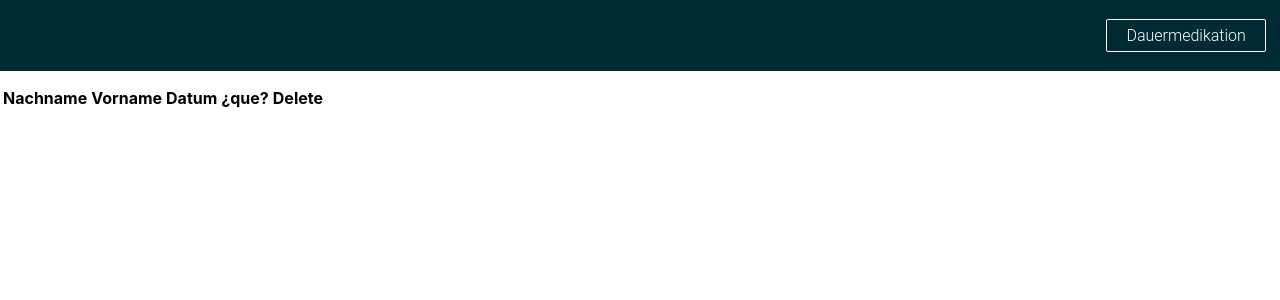
Repository: Esatollah/MedDemo
Page: /bestellungen (app in client/)
An editor plug-in stored every save of this project. The page is shown before and after the next save, followed by the edit.
The browser window is 1280 px wide. The pictures show the whole page.
The page's requests for data from a server got no answer. The project was rebuilt for these pictures with package versions that can differ from the ones it lists, and the page was loaded fresh each time. No one was signed in, and anything a server would have sent is missing. Also part of the build but not shown: client/src/Styles/FormStyles.js, client/src/components/Form.jsx, client/src/Styles/SearchStyles.js, client/src/Routes/Search.jsx.

Above is the page before, as saved 2022-06-11 00:04:58.

### client/src/App.js
import SearchBar from './Routes/Search';
import {BrowserRouter, Routes, Route} from 'react-router-dom'
import Bestellungen from './Routes/Bestellungen';
import ReactModal from 'react-modal';

ReactModal.setAppElement('#root')

function App() {
  return (
    <BrowserRouter>
    <Routes>
      <Route path='/' element={<div><SearchBar/></div>}/>
      <Route path='/bestellungen' element={<div><Bestellungen/></div>}/>
    </Routes>
    </BrowserRouter>
  );
}

export default App;

### client/src/Routes/Bestellungen.jsx
import React, { useState, useEffect } from 'react'
import DrugAPI from '../api/DrugAPI';
import Modal from 'react-modal';
import { useNavigate } from 'react-router-dom'
import Navbar from '../components/Navbar';

const Bestellungen = () => {
  let navigate = useNavigate();

  const [orders, setOrders] = useState([]);
  const [modalid, setModalid] = useState(0);
  const [modalbool, setModalbool] = useState(false);
  const [orderlist, setOrderlist] = useState([]);
  const [modalperson, setModalperson] = useState({});

  const getOrders = async () => {
    try {
      const result = await DrugAPI.get("/orders/");
      setOrders(result.data.orders);
      const arrayUniqueByKey = [...new Map(result.data.orders.map(item =>
        [item["oid"], item])).values()];
      setOrderlist(arrayUniqueByKey);
    } catch (error) {
      console.error(error)
    }
  }


  const handleDelete = async (oid) => {
    try {
      console.log(orderlist)
      console.log(oid)
      setOrderlist(orderlist.filter(order => order.oid !== oid));
      await DrugAPI.delete(`/orders/${oid}`);
    } catch (error) {
      console.error(error)
    }
  }

  const handleModal = (oid) => {
    setModalid(oid);
    setModalperson(orders.find(x => x.oid === oid))
    setModalbool(true);
    console.log(orders)
  }

  useEffect(() => {
    getOrders()
  }, [])

  return (
    <div>
      <Navbar />
      <Modal isOpen={modalbool} onRequestClose={() => setModalbool(false)}>
        <button onClick={() => setModalbool(false)}>X</button> <br></br>
        <h1>{modalperson.nachname} {modalperson.vorname}</h1>
        <h2>{modalperson.vpin} {modalperson.vbday}</h2>
        <ul>
          {orders.filter((x)=> x.oid === modalid).map((x) => {
            return ( <div>
            <li>{x.name} {x.bestellung_anzahl} {x.mengenart}</li>
            </div>
            )
          })}
          <p>{modalperson.anmerkung}</p>
        </ul>
      </Modal>
      <table>
        <thead>
          <tr>
            <th scope='col'>Nachname</th>
            <th scope='col'>Vorname</th>
            <th scope='col'>Datum</th>
            <th scope='col'>¿que?</th>
            <th scope='col'>Delete</th>

          </tr>
        </thead>
        <tbody>
          {orderlist.map((x) => {
            console.log(x)
            return (
              <tr key={x.oid} className="drug-row" >
                <td className={x.name}>{x.nachname}</td>
                <td>{x.vorname}</td>
                <td>{x.odate.slice(0, 10)}</td>
                <td><button onClick={() => handleModal(x.oid)}>?</button></td>
                <td><button onClick={() => handleDelete(x.oid)}>Done</button></td>
              </tr>
            )
          })}
        </tbody>

      </table>
    </div>
  )
}

export default Bestellungen

### client/src/api/DrugAPI.js
import axios from 'axios'

export default axios.create({
    baseURL: "http://localhost:5000/api"
})

### client/src/components/Navbar.jsx
import React from 'react'
import { useNavigate } from 'react-router-dom'
import { NavWrap } from '../Styles/NavbarStyles'
const Navbar = (props) => {
  let navigate = useNavigate()
  const handleClick = () => {
  }

  return (
    <NavWrap>
      <h1>{props.title}</h1>
        <div onClick={() => navigate(props.route)}>{props.title === "Dauermedikation" ? "Bestellungen" : "Dauermedikation"}</div>
    </NavWrap>
  )
}

export default Navbar

### client/src/Styles/NavbarStyles.js
import styled from "styled-components"

export const NavWrap = styled.div`
    width:100%;
    padding: 14px 0;
    background-color: #002b34;
    margin-bottom: 14px;
    display:flex;
    align-items: center;
    h1 {
        margin-left: 14px;
        color: #fff;
    }

     div {
    margin-left: auto;
    margin-right: 14px;
    display:inline-block;
    padding:0.35em 1.2em;
    border:0.1em solid #FFFFFF;
    border-radius:0.12em;
    box-sizing: border-box;
    text-decoration:none;
    font-family:'Roboto',sans-serif;
    font-weight:300;
    color:#FFFFFF;
    text-align:center;
    transition: all 0.2s;
   cursor: pointer;
}
`;

Loaded but not shown: client/public/index.html (common file); client/src/index.js (common file); client/src/index.css (common file)

After the next save:
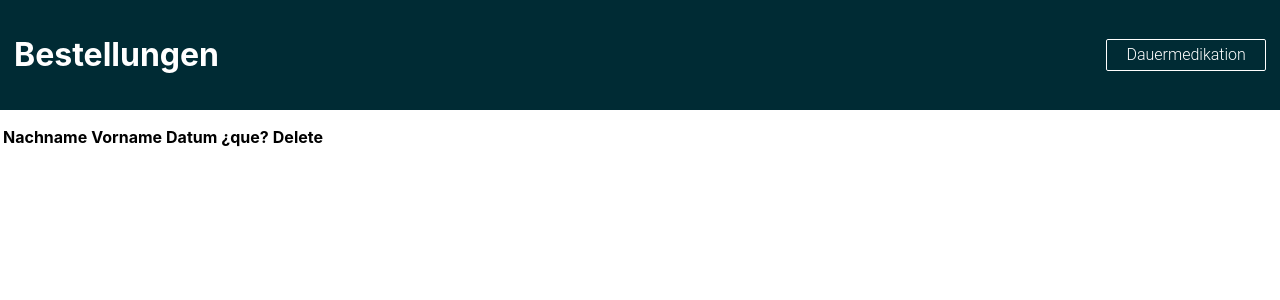
Saved 34 s later.
--- a/client/src/Routes/Bestellungen.jsx
+++ b/client/src/Routes/Bestellungen.jsx
@@ -50,7 +50,7 @@ const Bestellungen = () => {
 
   return (
     <div>
-      <Navbar />
+      <Navbar route="/" title="Bestellungen"/>
       <Modal isOpen={modalbool} onRequestClose={() => setModalbool(false)}>
         <button onClick={() => setModalbool(false)}>X</button> <br></br>
         <h1>{modalperson.nachname} {modalperson.vorname}</h1>
